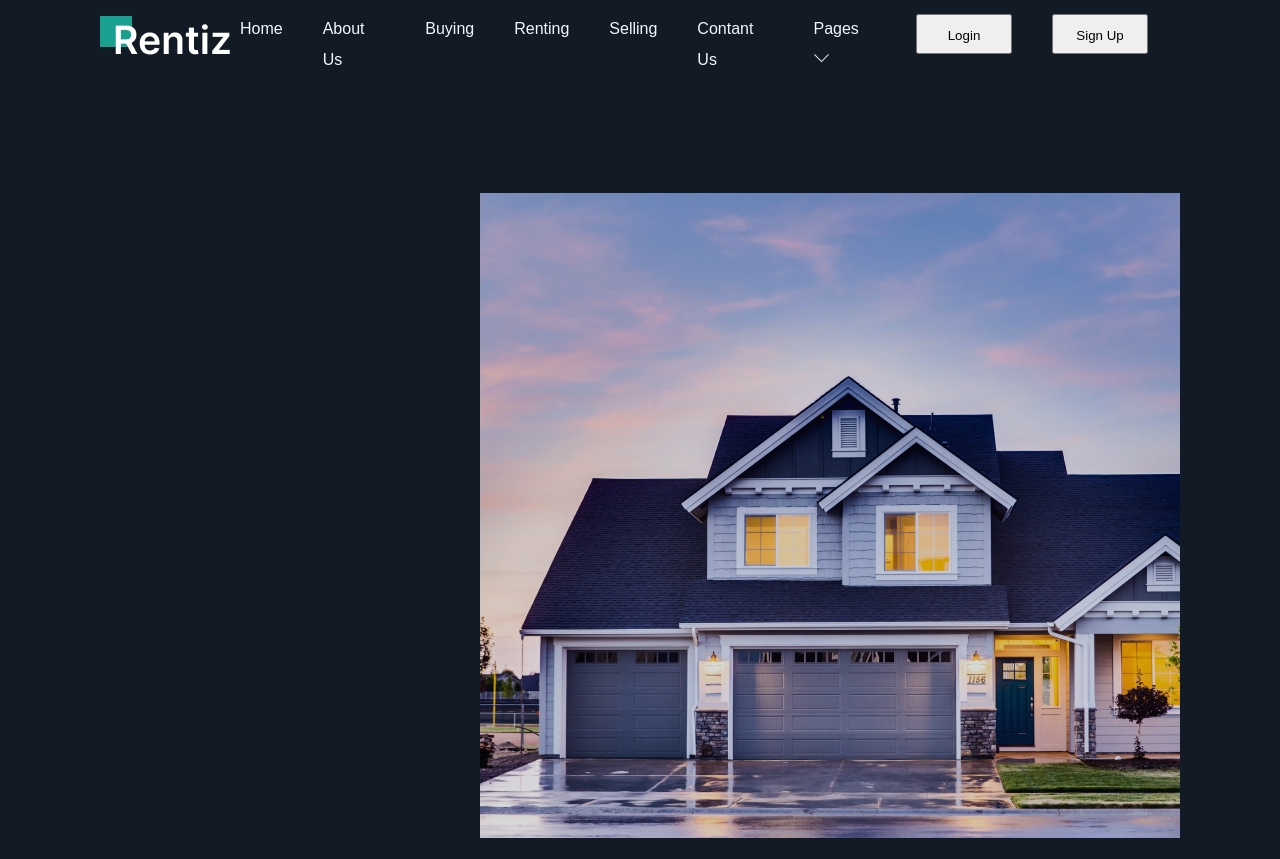
Repository: tung1233hhhhhhhhhhhhh/WebClone-Home
Page: index.html
An editor plug-in stored every save of this project. The page is shown before and after the next save, followed by the edit.
The browser window is 1280 px wide. The pictures show the whole page.

Above is the page before, as saved 2023-05-23 14:54:21.

After the next save:
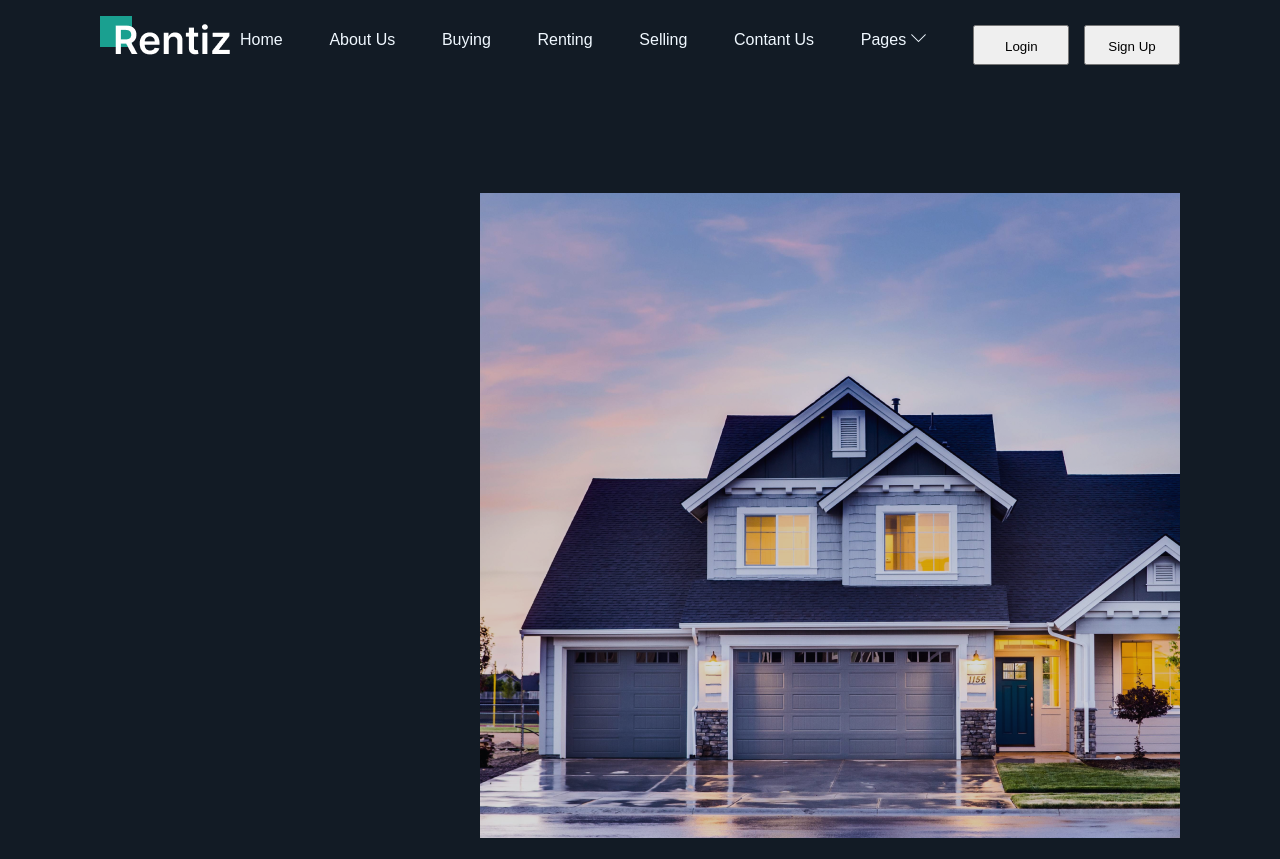
Saved 82 s later.
--- a/assets/css/main.css
+++ b/assets/css/main.css
@@ -59,6 +59,7 @@ body {
     width: 96px;
     height: 40px;
     padding: 12px 6px;
+    margin-right: -32px;
 }
 
 /* billboard */
